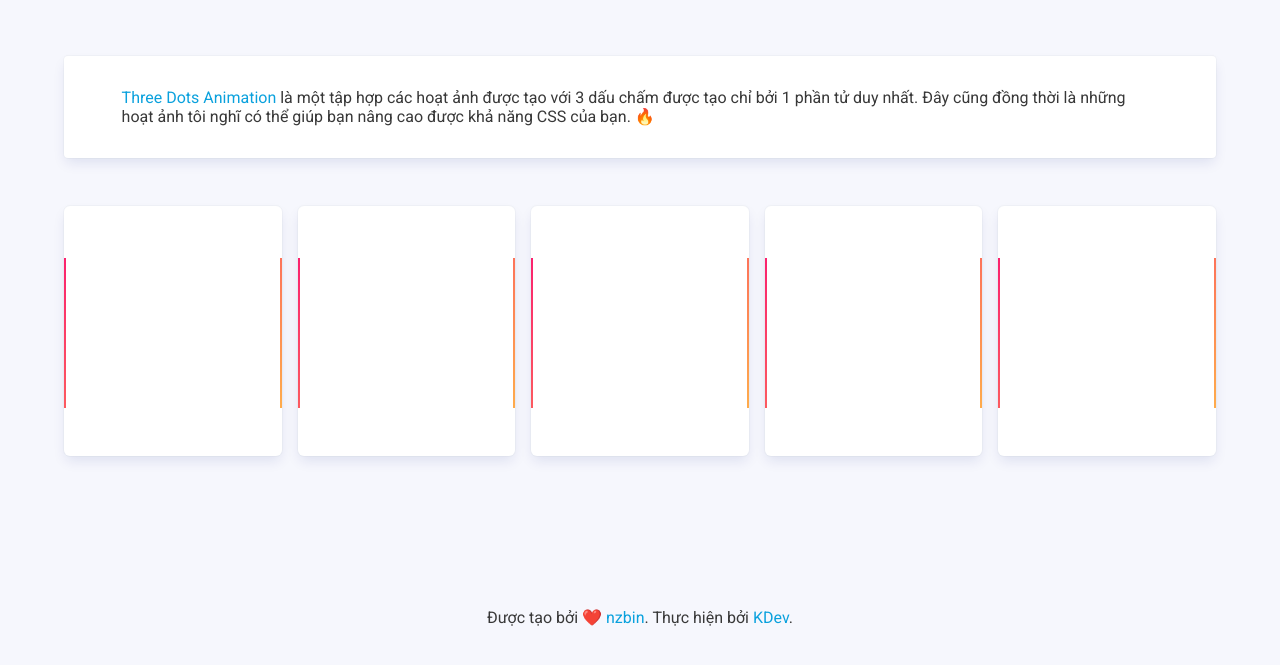
Repository: haokiet2501/lazy-loader-animation
Page: index.html
An editor plug-in stored every save of this project. The page is shown before and after the next save, followed by the edit.
The browser window is 1280 px wide. The pictures show the whole page.
The style sheet was rebuilt from its Sass, Less or Tailwind sources for each picture, by a compiler version that may differ from the author's.

Above is the page before, as saved 2022-05-06 20:14:21.

After the next save:
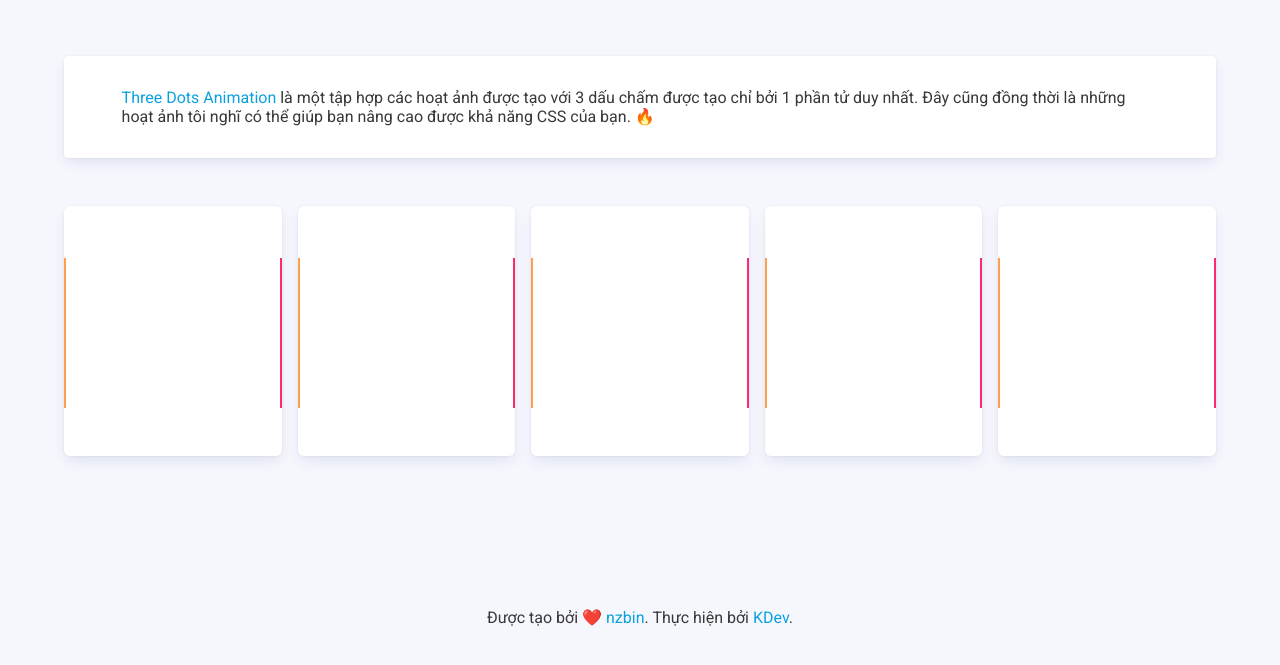
Saved 10 s later.
--- a/sass/styles.scss
+++ b/sass/styles.scss
@@ -34,7 +34,7 @@ $color-line: #50dfdb;
     left: 32px;
     width: 150px;
     height: 140%;
-    background: linear-gradient(45deg, #FA0874 , #FFC446);
+    background: linear-gradient(#FA0874 , #FFC446);
     animation: animate 4s linear infinite;
 }
 
